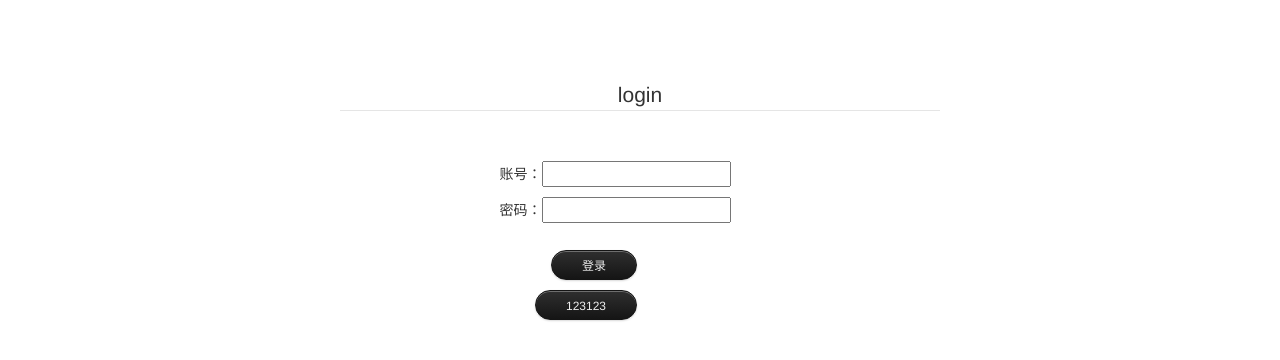
Repository: silzx/learning
Page: http://localhost/MyBatis/
The author's editor kept a copy of each file at every save. The page is drawn from the files as they stood at one save, then again after the next save.
The browser window is 1280 px wide. The pictures show the whole page.
The page is served by Tomcat 9.

Above is the page before, as saved 2017-11-13 02:19:33.
Console error (its wording comes from the project's code and is left out).

After the next save:
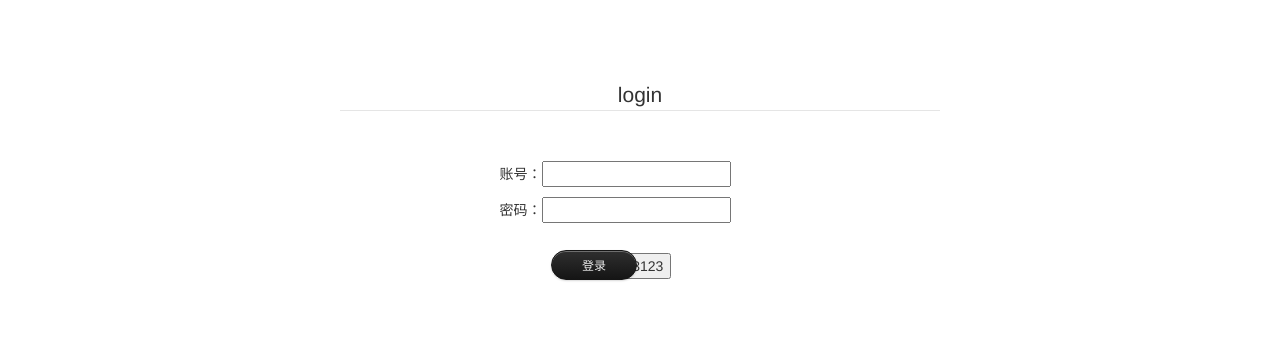
Saved 15 s later.
--- a/MyBatis/WebContent/index.jsp
+++ b/MyBatis/WebContent/index.jsp
@@ -73,7 +73,7 @@ String basePath = request.getScheme()+"://"+request.getServerName()+":"+request.
 				<p/>
 				<div id="pad">密码：<input type="password" name="u.pwd"><p><br/></div>
 				<button class="button button-raised button-pill button-inverse button-small" name="login" type="submit">登录</button>
-				<button class="button button-raised button-pill button-inverse button-small" name="reg" >123123</button>
+				<button>123123</button>
 				</form>
 		</fieldset>
 	</center>
